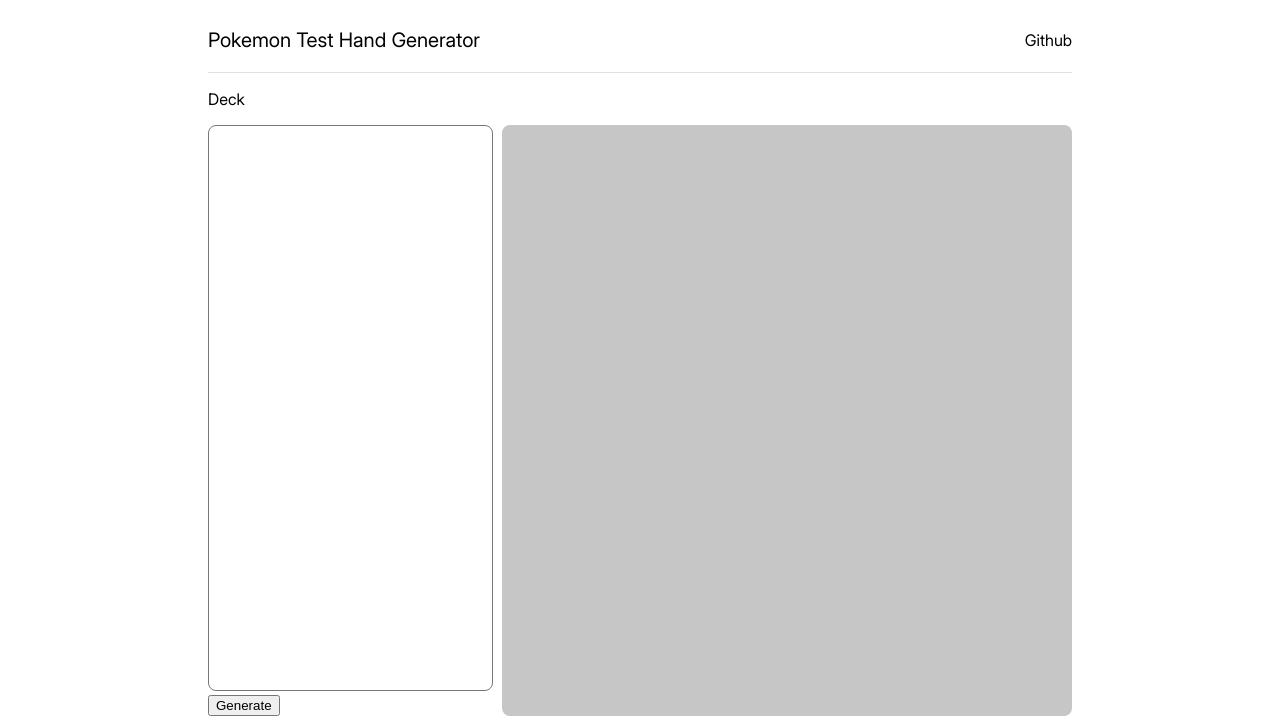
Repository: danielj1415/test-hand-simulator
Page: /
An editor plug-in stored every save of this project. The page is shown before and after the next save, followed by the edit.
The browser window is 1280 px wide. The pictures show the whole page.
The project was rebuilt for these pictures with package versions that can differ from the ones it lists, and the page was loaded fresh each time. Also part of the build but not shown: vite.config.ts, src/index.css.

Above is the page before, as saved 2024-10-31 10:37:26.

### src/App.tsx
import { useState } from 'react'
import './App.css'
import { Outlet, Link } from "react-router-dom";

function App() {

  const [deckList, setDeckList] = useState({
    deck: ''
  })
  const [selectedFile, setSelectedFile] = useState(null);

  // Handle input changes
  const handleChange = (e: { target: { name: any; value: any; }; }) => {
    const { name, value } = e.target;
    setDeckList((prevData) => ({
      ...prevData,
      [name]: value
    }));
  };

  // Handle form submission
  const handleSubmit = (e: { preventDefault: () => void; }) => {
    e.preventDefault(); // Prevents the default form submission behavior
    // Process the form data here (e.g., send to an API)
  };

  return (
    <div>
      <div className = "mainContainer">
        <div className = "navigationBar">
          <p className = "headerTextBold">Pokemon Test Hand Generator</p>
          <p className = "headerText">Github</p>
        </div>
        <div className = "divider"/>
        <p className = "mainText">Deck</p>
        <div className = "mainBody">
          <div className = "inputDeck">
            <form onSubmit = {handleSubmit}>
              <div>
                <label htmlFor="deck"></label>
                <textarea className = "deckInputDiv" id="deck" name="deck" value={deckList.deck} onChange={handleChange}/>
              </div>
            </form>
            <button className="generateButton" type="submit">Generate</button>
          </div>
          <div className = "testHands">
          </div>
        </div>
      </div>
    </div>
  )
}

export default App

### src/App.css

@import "./fonts.css";

.mainContainer{
  margin-left: 200px;
  margin-right: 200px;
}

.navigationBar{
  display: flex;
  align-items:center;
  justify-content: space-between;
}

.headerText{
  font-size: 16px;
  font-family: "Inter";
}

.mainText{
  font-size: 16px;
  font-family: "Inter";
}

.headerTextBold{
  font-size: 20px;
  font-family: "Inter";
}

.divider{
  width: 100%;
  height: 1px;
  background-color: rgb(224, 224, 224);
}

.mainBody{
  display: flex;
  justify-content: space-between;
}

.inputDeck{
  width: 33%;
  border-radius: 8px;
}

.testHands{
  width: 66%;
  background-color: rgb(198, 198, 198);
  border-radius: 8px;
}

.deckInputDiv{
  width: 98%;
  height: 560px;
  resize: none;
  border-radius: 8px;
  font-family: "Inter";
}

.generateButton{

}

@media ((max-height: 920px) and (min-height: 800px)) {
  .deckInputDiv{
    width: 98%;
    height: 660px;
    resize: none;
    border-radius: 8px;
    font-family: "Inter";
  }
}

### src/fonts.css
@font-face {
    font-family: "Inter";
    src: url("/src/assets/fonts/Inter_28pt-Regular.ttf");
  }

Loaded but not shown: index.html (common file); src/main.tsx (common file)

After the next save:
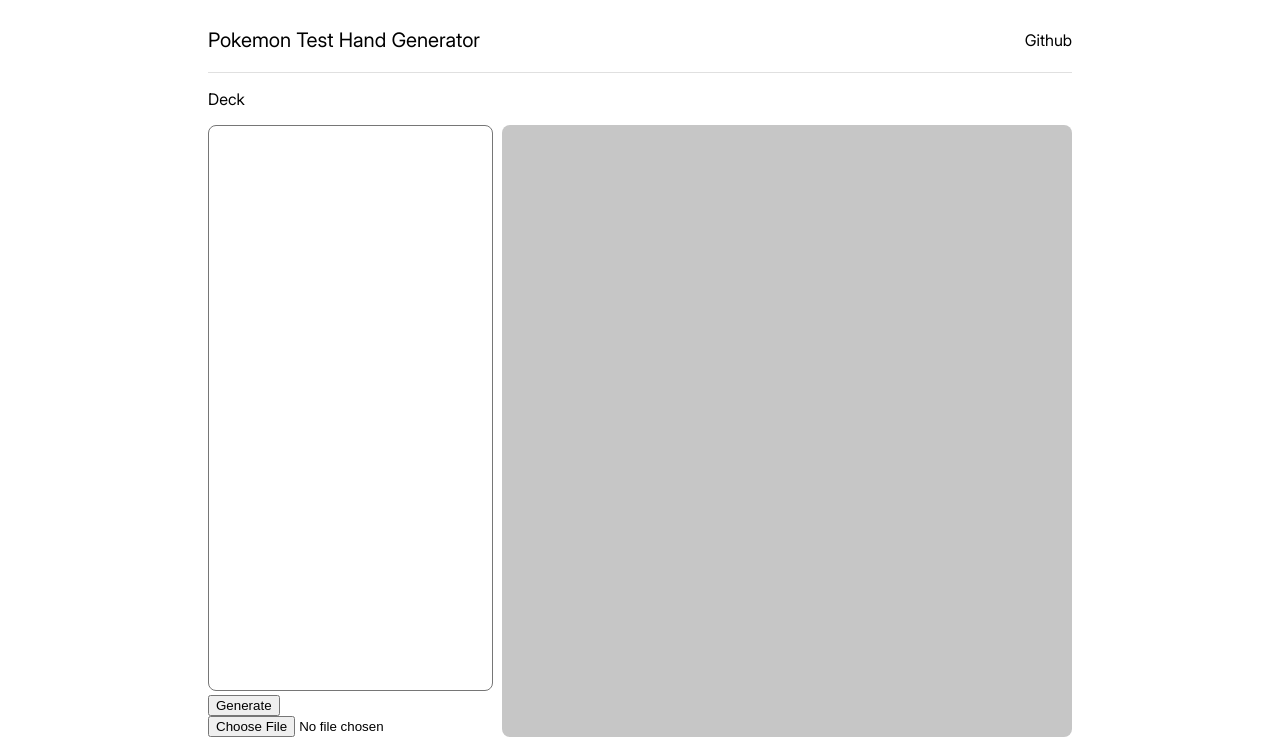
Saved 26 s later.
--- a/src/App.tsx
+++ b/src/App.tsx
@@ -16,6 +16,13 @@ function App() {
       ...prevData,
       [name]: value
     }));
+  };
+
+  // Handle file selection
+  const handleFileChange = (e) => {
+    const file = e.target.files[0];
+    setSelectedFile(file);
+    console.log("Selected file:", file); // Optional: log the file
   };
 
   // Handle form submission
@@ -42,6 +49,12 @@ function App() {
               </div>
             </form>
             <button className="generateButton" type="submit">Generate</button>
+            <div>
+              <input
+                type="file"
+                onChange={handleFileChange} // Event handler for file input
+              />
+            </div>
           </div>
           <div className = "testHands">
           </div>
